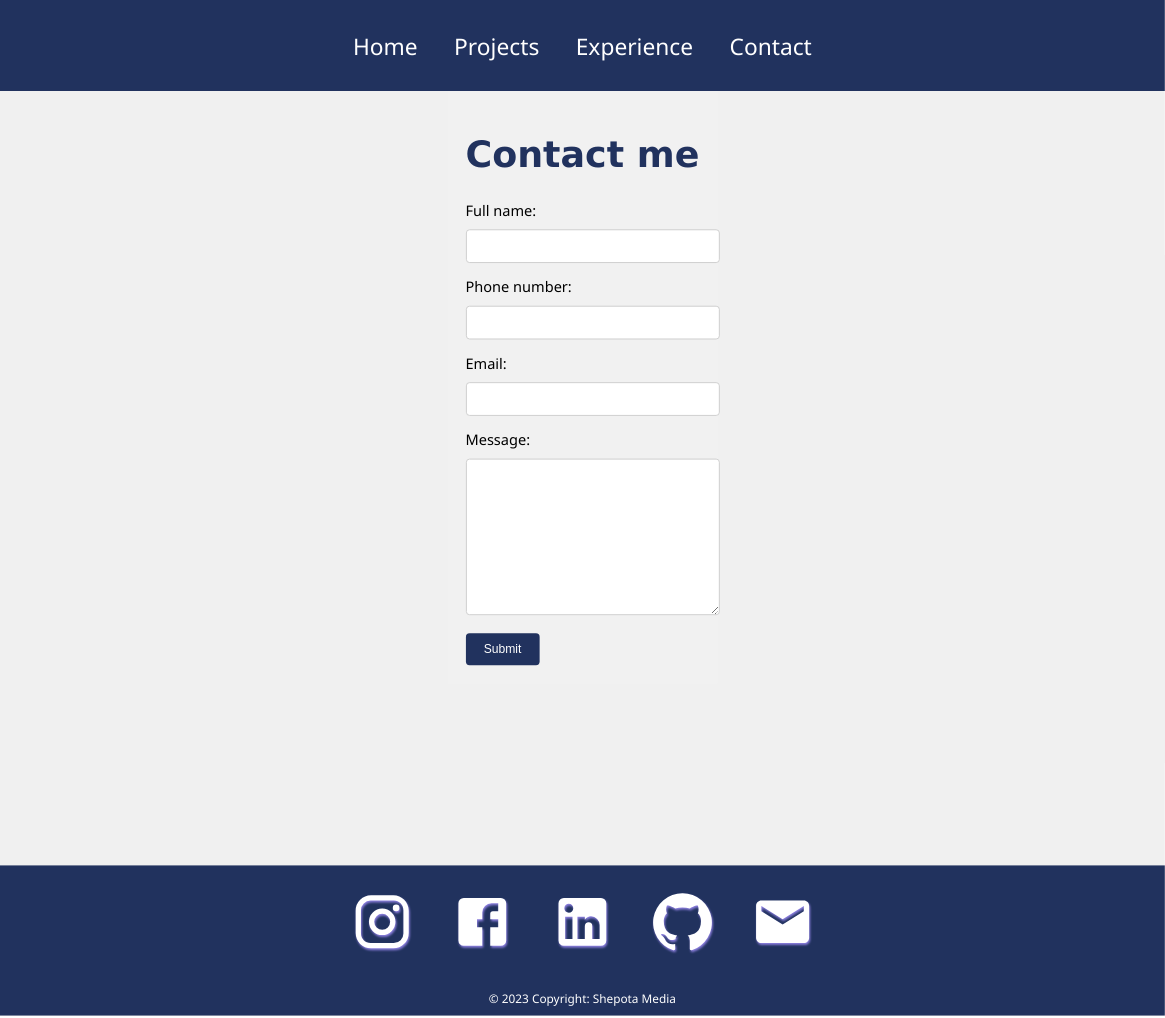
Repository: LolaSL/react-portfolio
Page: /contact
The author's editor kept a copy of each file at every save. The page is drawn from the files as they stood at one save, then again after the next save.
The browser window is 1280 px wide. The pictures show the whole page, at 91% of full size.
The project was rebuilt for these pictures with package versions that can differ from the ones it lists, and the page was loaded fresh each time. Also part of the build but not shown: src/pages/Home/Style.css, src/pages/Home/Home.jsx, src/components/ProjectItem/ProjectItem.jsx, src/helpers/ProjectList.js, src/pages/Projects/Style.css, src/pages/Projects/Projects.jsx, src/pages/Experience/Style.css, src/pages/Experience/Experience.jsx and 1 more.

Above is the page before, as saved 2023-07-02 09:55:57.

### src/App.js
import './App.css';
import { BrowserRouter as Router, Routes, Route } from 'react-router-dom';
import Home from './pages/Home/Home.jsx';
import Projects from './pages/Projects/Projects.jsx';
import Experience from './pages/Experience/Experience.jsx';
import Navbar from "./components/Navbar/Navbar.jsx";
import Footer from './components/Footer/Footer.jsx';
import ProjectDetail from './pages/ProjectDetail/ProjectDetail';
import Contact from './pages/Contact/Contact';


function App() {
  return (
    <div className="App">
      <Router>
      <Navbar />
        <Routes>
          <Route path="/" element={<Home />} />
          <Route path="/projects" element={<Projects />} />
          <Route path="/project/:id" element={<ProjectDetail />} />
          <Route path="/experience" element={<Experience />} />
          <Route path="/contact" element ={<Contact/>}/>
        </Routes>
        <Footer />
      </Router>
    </div>
  );
}

export default App;

### src/App.css
.App {
  width: 100%;
  height: auto;
  display: flex;
  flex-direction: column;
  font-family:'Segoe UI', Tahoma, Geneva, Verdana, sans-serif;
  background-color: #f0f0f0;
}

body {
  padding: 0;
  margin: 0;
}

### src/components/Navbar/Navbar.jsx
import React, { useEffect, useState } from "react";
import { Link, useLocation } from "react-router-dom";
import DehazeIcon from "@mui/icons-material/Dehaze";
import "./Style.css";

const Navbar = () => {
  const [expandNavbar, setExpandNavbar] = useState(false);
  const location = useLocation();
  useEffect(() => {
    setExpandNavbar(false);
  }, [location]);
  return (
    <div className="navbar" id={expandNavbar ? "open" : "close"}>
      <div className="toggleButton">
        <button
          onClick={() => {
            setExpandNavbar((prev) => !prev);
          }}
        >
          <DehazeIcon />
        </button>
      </div>
      <div className="links">
        <Link to="/"> Home </Link>
        <Link to="/projects"> Projects </Link>
        <Link to="/experience"> Experience </Link>
        <Link to="/contact"> Contact </Link>
      </div>
    </div>
  );
};

export default Navbar;

### src/components/Footer/Footer.jsx
import React from "react";
import InstagramIcon from "@mui/icons-material/Instagram";
import FacebookIcon from "@mui/icons-material/Facebook";
import LinkedInIcon from "@mui/icons-material/LinkedIn";
import GitHubIcon from "@mui/icons-material/GitHub";
import EmailIcon from "@mui/icons-material/Email";
import "./Style.css";

const Footer = () => {
  return (
    <div className="footer">
      <div className="socialMedia">
        <InstagramIcon />
        <FacebookIcon />
        <LinkedInIcon />
        <GitHubIcon />
        <a href="mailto:lolashepota@gmail.com?subject=Mail from my Website">
            <EmailIcon />
          </a>
      </div>
      <div className="copyright">
        <p>&copy; {new Date().getFullYear()} Copyright: Shepota Media</p>
      </div>
    </div>
  );
};

export default Footer;

### src/pages/Contact/Contact.jsx
import React, { useState } from "react";
import "./Style.css";

const ContactForm = () => {
  const initialState = {
    fullName: "",
    email: "",
    phoneNumber: "",
    message: ""
  };

  const [formData, setFormData] = useState(initialState);

  const handleChange = (e) => {
    setFormData((prevState) => ({
      ...prevState,
      [e.target.name]: e.target.value
    }));
  };

  const handleSubmit = (e) => {
    e.preventDefault();
    // Add your form submission logic here
    console.log(formData);
    // Reset the form after submission
    setFormData(initialState);
  };

  return (
    <form onSubmit={handleSubmit} className="contact-form">
      <h1>Contact me</h1>
      <div>
        <label htmlFor="fullName">Full name:</label>
        <input
          type="text"
          id="fullName"
          name="fullName"
          value={formData.fullName}
          onChange={handleChange}
          required
        />
      </div>
      <div>
        <label htmlFor="phoneNumber">Phone number:</label>
        <input
          type="text"
          id="phoneNumber"
          name="phoneNumber"
          value={formData.phoneNumber}
          onChange={handleChange}
          required
        />
      </div>
      <div>
        <label htmlFor="email">Email:</label>
        <input
          type="email"
          id="email"
          name="email"
          value={formData.email}
          onChange={handleChange}
          required
        />
      </div>
      <div>
        <label htmlFor="message">Message:</label>
        <textarea
          id="message"
          name="message"
          value={formData.message}
          onChange={handleChange}
          required
        />
      </div>
      <button type="submit">Submit</button>
    </form>
  );
};

export default ContactForm;

### src/components/Navbar/Style.css
.navbar {
  width: 100%;
  height: 100px;
  background: #21325e;
}

.links {
  width: 100%;
  height: 100%;
  display: flex;
  align-items: center;
  justify-content: center;
  color: white;
}

.navbar a {
  color: white;
  text-decoration: none;
  margin: 20px;
  font-size: 25px;
}

.toggleButton {
  width: 100%;
  height: 100px;
  display: flex;
  align-items: center;
  justify-content: flex-end;
}

.toggleButton svg {
  font-size: 50px;
}
.toggleButton button {
  margin-right: 20px;
  background-color: transparent;
  border: none;
  color: white;
  cursor: pointer;
}

#open {
  height: 100vh;
}

#open .links {
  flex-direction: column;
  justify-content: flex-start;
  margin-top: 100px;
}

#open a {
  width: 100%;
  text-align: center;
}

@media only screen and (max-width: 900px) {
  .navbar a {
    width: 70px;
  }
}

@media only screen and (max-width: 600px) {
  .toggleButton {
    display: flex;
  }
  #close a {
    display: none;
  }
}

@media only screen and (min-width: 600px) {
  .toggleButton {
    display: none;
  }

  .hiddenLinks {
    display: none;
  }

  #open {
    height: 100px;
  }

  #open .links {
    flex-direction: row;
  }
}

### src/components/Footer/Style.css
.footer {
    width: 100%;
    height: 155px;
    background: #21325e;
    display: flex;
    justify-content: center;
    align-items: center;
    flex-direction: column;
    padding-top: 10px;
    margin-top: 200px;
  }

  .socialMedia svg{
    color: white;
    margin: 20px;
    font-size: 70px;
    cursor: pointer;
  }

p {
    color: white;
    font-size: small;
  }

  @media only screen and (max-width: 600px) {
    .footer svg {
      font-size: 50px;
    }
  }

### src/pages/ProjectDetail/Style.css
.project {
  width: 100%;
  height: calc(100vh - 100px);
  display: flex;
  justify-content: center;
  align-items: center;
  flex-direction: column;
}

.project > h1 {
  margin-bottom: 50px;
  color: #3e497a;
  font-size: 2rem;
}
.project img {
  max-width: 700px;
  border-radius: 10px;
  margin-bottom: 40px;
}

.project h3 {
  font-size: 1.7rem;
  color: #3e497a;
  padding: 50px;
  text-align: justify;
}
a {
  text-decoration: none;
  color: rgb(11, 37, 185);
  font-weight: normal;
  font-size: 24px;
}
a:hover {
  text-decoration: none;
  color: rgb(188, 188, 24);
  font-weight: bold;
  transition: all ease 0.3s;
  font-size: 24px;
  cursor: pointer;
  text-shadow: 0 0 0.625em rgb(203, 211, 56);
}
.project svg {
  font-size: 60px;
  color: #3e497a;
}
.project svg:hover {
  color: #2d2d84;
  cursor: pointer;
}
svg {
  filter: drop-shadow(1px 2px 1px rgb(144, 130, 227));
}
@media only screen and (max-width: 1300px) {
  .project img {
    max-width: 500px;
    border-radius: 8px;
  }
  .project h1 {
    font-size: 1.8rem;
  }
  .project h3 {
    font-size: 1.4rem;
  }
}

@media only screen and (max-width: 800px) {
  .project img {
    max-width: 374px;
    border-radius: 6px;
  }
  .project h1 {
    font-size: 1.7rem;
  }
  .project h3 {
    font-size: 1.3rem;
  }
}

### src/pages/Contact/Style.css
.contact-form {
    max-width: 400px;
    margin: 0 auto;
    padding: 20px;
    background-color: #f1f1f1;
  }
  .contact-form h1{
    font-size: 40px;
    color:  #21325e;
    font-family: Verdana, Geneva, Tahoma, sans-serif;
  }
  .contact-form label {
    display: block;
    margin-bottom: 10px;
  }

  .contact-form input,
  .contact-form textarea {
    width: 100%;
    padding: 10px;
    margin-bottom: 15px;
    border: 1px solid #ccc;
    border-radius: 4px;
  }

  .contact-form button {
    padding: 10px 20px;
    background-color: #21325e;
    color: #fff;
    border: none;
    border-radius: 4px;
    cursor: pointer;
  }

  .contact-form button:hover {
    background-color: #182b4e;
  }

  .contact-form textarea {
    height: 150px;
  }

  .contact-form input:focus,
  .contact-form textarea:focus {
    outline: none;
    border-color: #21325e;
  }

Loaded but not shown: public/index.html (common file); src/index.js (common file); src/reportWebVitals.js (common file)

After the next save:
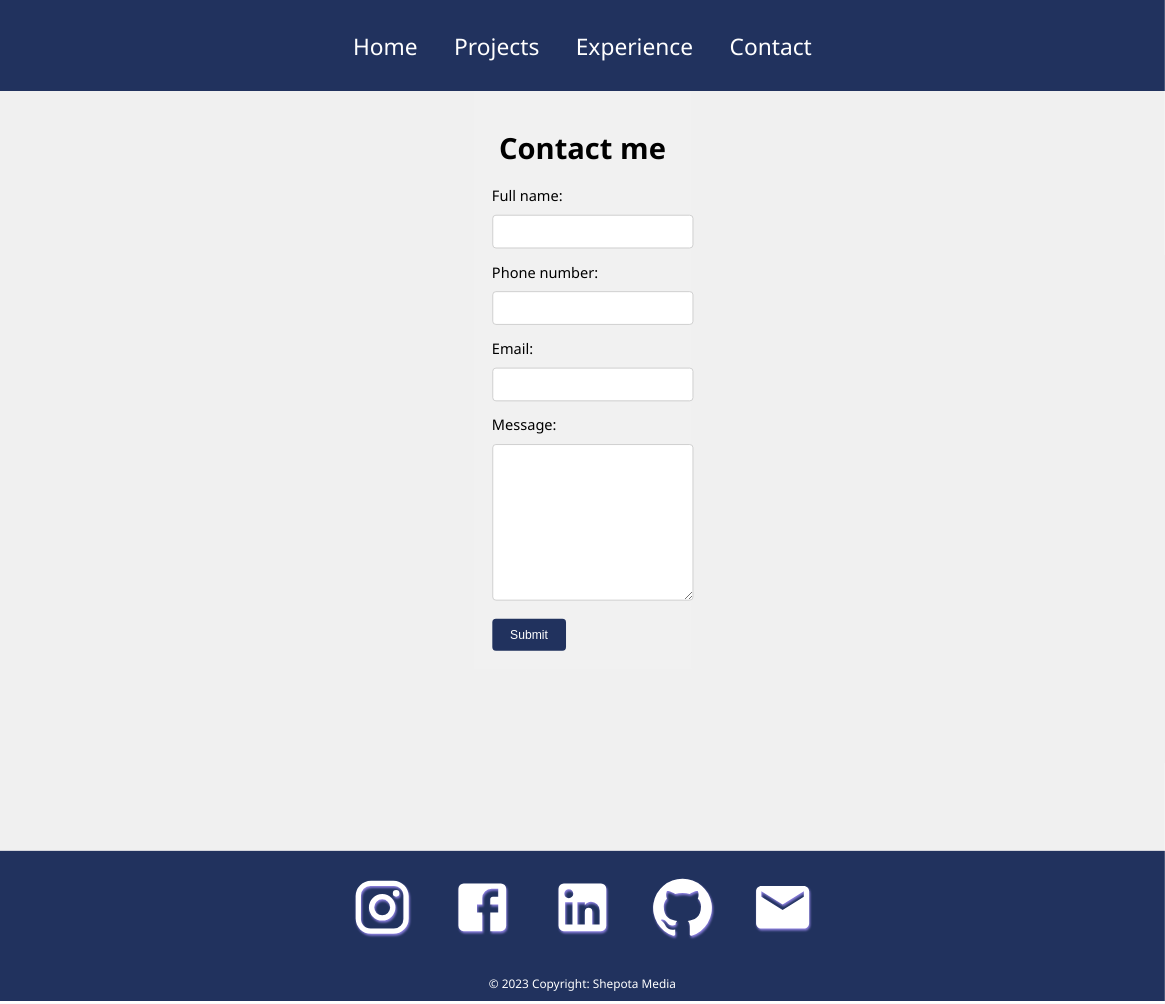
Saved 101 s later.
--- a/src/pages/Contact/Style.css
+++ b/src/pages/Contact/Style.css
@@ -4,11 +4,12 @@
     padding: 20px;
     background-color: #f1f1f1;
   }
-  .contact-form h1{
-    font-size: 40px;
-    color:  #21325e;
-    font-family: Verdana, Geneva, Tahoma, sans-serif;
+
+  .contact-form h1 {
+    text-align: center;
+    margin-bottom: 20px;
   }
+
   .contact-form label {
     display: block;
     margin-bottom: 10px;
